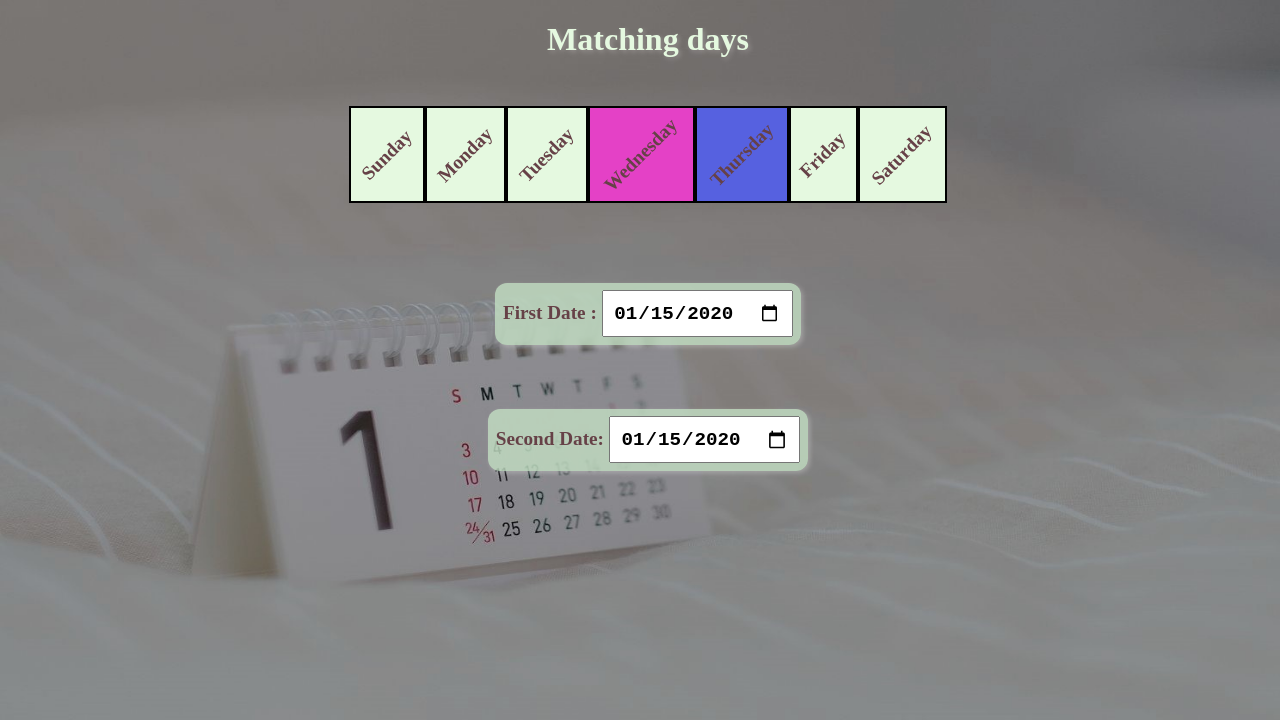
Repository: lasity34/matching-days
Page: index.html
The author's editor kept a copy of each file at every save. The page is drawn from the files as they stood at one save, then again after the next save.
The browser window is 1280 px wide. The page is 1288 px wide, so the pictures cover 1288 px, including what lies to the right of the window. The pictures show the whole page.
Empty fields were first filled with sample values (such as "Sample", 5 or name@example.com).
After loading, the first visible `#first_date` was changed once.
Some web fonts or font styles are not loaded; a fallback is used. Some web libraries are served in a nearby version.

Above is the page before, as saved 2023-05-11 16:14:26.

### index.html
<!DOCTYPE html>
<html lang="en">
<head>
    <meta charset="UTF-8">
    <meta http-equiv="X-UA-Compatible" content="IE=edge">
    <meta name="viewport" content="width=device-width, initial-scale=1.0">
    <title>Matching days</title>
    <link rel="preconnect" href="https://fonts.googleapis.com">
<link rel="preconnect" href="https://fonts.gstatic.com" crossorigin>
<link href="https://fonts.googleapis.com/css2?family=Battambang:wght@300;400;700&display=swap" rel="stylesheet">
    <link rel="stylesheet" href="style.css" >
    <script src="https://cdnjs.cloudflare.com/ajax/libs/handlebars.js/4.0.11/handlebars.min.js"></script>
    <script type="text/x-template" id="days_template">
        {{#each different_days}}
        <div class="day_box {{#if selected}} {{selected}} {{/if}}"><p class="day_text">{{day}}</p></div>
        {{/each}}
    </script>
</head>
<body>

    <h1>Matching days</h1>
    <section class="days_container">

    </section>
    <section class="date_input_container">
        <div class="input_box">

            <label for="first_date">First Date :</label>
            <input type="date" id="first_date" name="first_date" />
        </div>
        <div class="input_box">

            <label for="second_date">Second Date:</label>
            <input type="date" id="second_date" name="second_date"/>
        </div>
    </section>



    <script src="./matching-days-factory.js" charset="utf-8"></script>
    <script src="./matching-days.js" charset="utf-8"></script>


</body>
</html>

### style.css

html {
    font-family: 'Battambang', cursive;
    background: url("./Images/background.jpg") no-repeat  center / 100% 100% fixed ;
    font-weight: 700;
    font-size: 16px;
    color: #664147
}

body {
    width: 100%;
}

h1 {
    text-align: center;
    text-shadow: 2px 2px 5px rgba(227, 223, 223, 0.3);
    color: #E5F9E0;
}
/* days display */
.days_container {
    display: flex;
    justify-content: center;
    margin: 3em auto;
    width: 100%;
}

.day_box {
    border: 2px solid black;
    padding: 1em 0.3em;
    background-color: #E5F9E0
}

.day_text {
    transform: rotate(-45deg);
    font-size: 1.2rem;
}

/* dates input */


.date_input_container {
    display: flex;
    flex-direction: column;
    align-items: center;
    justify-content: space-around;
    height: 35vh;
    font-size: 1.2rem;
}

input {
    font-size: 1.2rem;
    font-weight: 700;
    padding: 0.5em;
}

.input_box {
    background-color: rgba(196, 223, 196, 0.8);
    box-shadow: 2px 2px 5px rgba(245, 243, 243, 0.3);
    border-radius: 12px;
    padding: 0.4em;
}

.day1 {
    background-color: rgb(228, 65, 198);
}

.day2 {
    background-color: rgb(86, 97, 224);
}

.same_day {
    background-color: green;
}

@media (max-width: 700px) {
    html {
        font-size: 12px;
    }
}

@media (max-width: 500px) {
    html {
        font-size: 9px;
    }
}

### matching-days-factory.js
function matching_day() {
  let date_input_value_1 = 0;
  let date_input_value_2 = 0
  const daysOfWeek = [
    "Sunday",
    "Monday",
    "Tuesday",
    "Wednesday",
    "Thursday",
    "Friday",
    "Saturday",
  ];



  function set_date_value_1(input) {
    date_input_value_1 = input
  }

  function set_date_value_2(input) {
    date_input_value_2 = input
  }

  function get_date_value_1() {
    return date_input_value_1
  }

  function get_date_value_2() {
    return date_input_value_2
  }

  function is_same_day() {
    if (get_date_value_1() === get_date_value_2()) {
        return true
    } else {
        return false
    }
  }

  function get_day_class(dateValue) {
    const date = new Date(dateValue);
    const dayOfWeek = daysOfWeek[date.getDay()];

    return dayOfWeek;
  }

  function get_filter_day() {
    console.log(date_input_value_1, date_input_value_2);
    return daysOfWeek.map((day) => {
      let selectedClass = "";
      console.log(day, get_day_class(date_input_value_1), get_day_class(date_input_value_2));
      if (
        day === get_day_class(date_input_value_1) &&
        day === get_day_class(date_input_value_2)
      ) {
        selectedClass = "same_day";
      } else if (day ===  get_day_class(date_input_value_1)) {
        selectedClass = "day1";
      } else if (day === get_day_class(date_input_value_2)) {
        selectedClass = "day2";
      }

      return { day, selected: selectedClass };
    })
  }






  return {
    set_date_value_1,
    set_date_value_2,
    get_date_value_1,
    get_date_value_2,
    is_same_day,
    get_day_class,
    get_filter_day
  };
}

### matching-days.js
document.addEventListener("DOMContentLoaded", function () {
  const first_date_input = document.querySelector("#first_date");
  const second_date_input = document.querySelector("#second_date");
  const daysOfWeek = [
    "Sunday",
    "Monday",
    "Tuesday",
    "Wednesday",
    "Thursday",
    "Friday",
    "Saturday",
  ];

  const daysInstance = matching_day();

  daysTemplate()
  function daysTemplate() {
    const template_source = document.querySelector("#days_template").innerHTML;
    const days_template = Handlebars.compile(template_source);
    const days_data_display = document.querySelector(".days_container");

    const daysData = {
      different_days: daysInstance.get_filter_day(),
    };

    const daysDataHTML = days_template(daysData);
    days_data_display.innerHTML = daysDataHTML;
  }

  first_date_input.addEventListener("change", function () {
    daysInstance.set_date_value_1(first_date_input.value);
    daysTemplate();
  });
  second_date_input.addEventListener("change", function () {
    daysInstance.set_date_value_2(second_date_input.value);
    daysTemplate();
  });
});

After the next save:
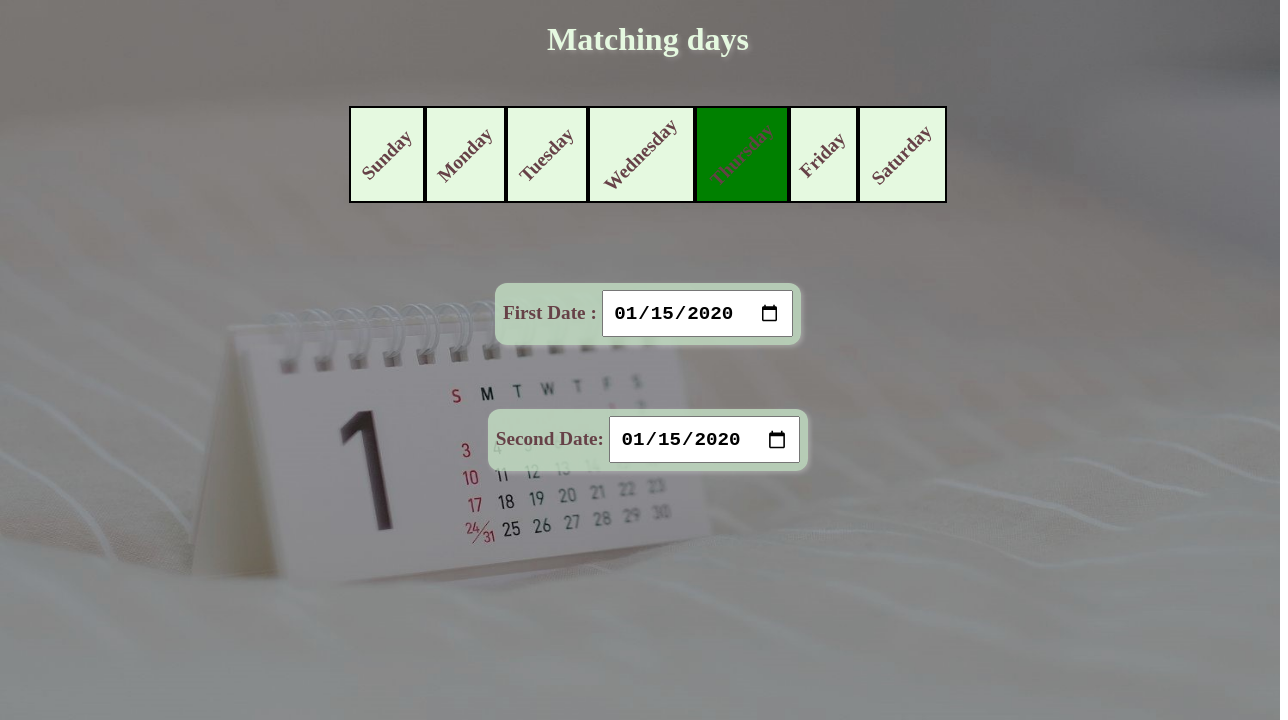
Saved 75 s later.
--- a/matching-days.js
+++ b/matching-days.js
@@ -13,7 +13,7 @@
 
   const daysInstance = matching_day();
 
-  daysTemplate()
+  daysTemplate();
   function daysTemplate() {
     const template_source = document.querySelector("#days_template").innerHTML;
     const days_template = Handlebars.compile(template_source);
@@ -27,12 +27,6 @@
     days_data_display.innerHTML = daysDataHTML;
   }
 
-  first_date_input.addEventListener("change", function () {
-    daysInstance.set_date_value_1(first_date_input.value);
-    daysTemplate();
-  });
-  second_date_input.addEventListener("change", function () {
-    daysInstance.set_date_value_2(second_date_input.value);
-    daysTemplate();
-  });
+  first_date_input.addEventListener("change", daysTemplate);
+  second_date_input.addEventListener("change", daysTemplate);
 });

After the save that followed:
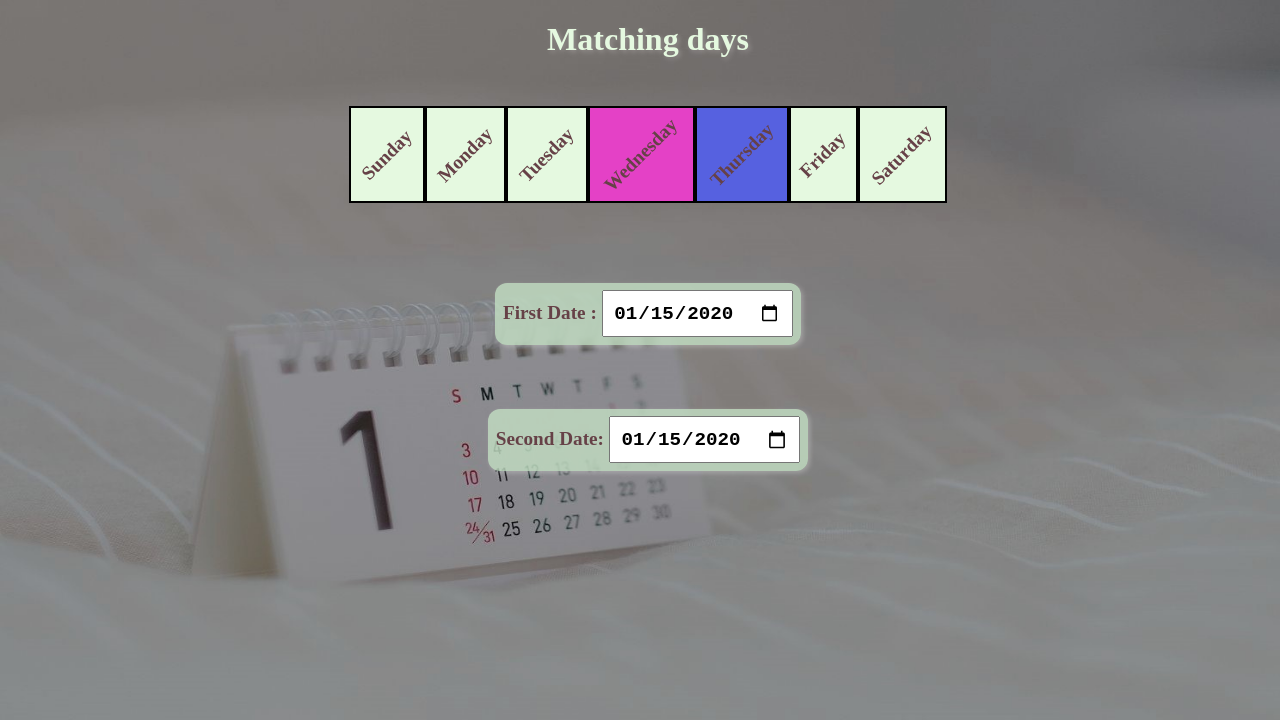
Saved 18 s later.
--- a/matching-days.js
+++ b/matching-days.js
@@ -13,7 +13,7 @@
 
   const daysInstance = matching_day();
 
-  daysTemplate();
+  daysTemplate()
   function daysTemplate() {
     const template_source = document.querySelector("#days_template").innerHTML;
     const days_template = Handlebars.compile(template_source);
@@ -27,6 +27,12 @@
     days_data_display.innerHTML = daysDataHTML;
   }
 
-  first_date_input.addEventListener("change", daysTemplate);
-  second_date_input.addEventListener("change", daysTemplate);
+  first_date_input.addEventListener("change", function () {
+    daysInstance.set_date_value_1(first_date_input.value);
+    daysTemplate();
+  });
+  second_date_input.addEventListener("change", function () {
+    daysInstance.set_date_value_2(second_date_input.value);
+    daysTemplate();
+  });
 });
